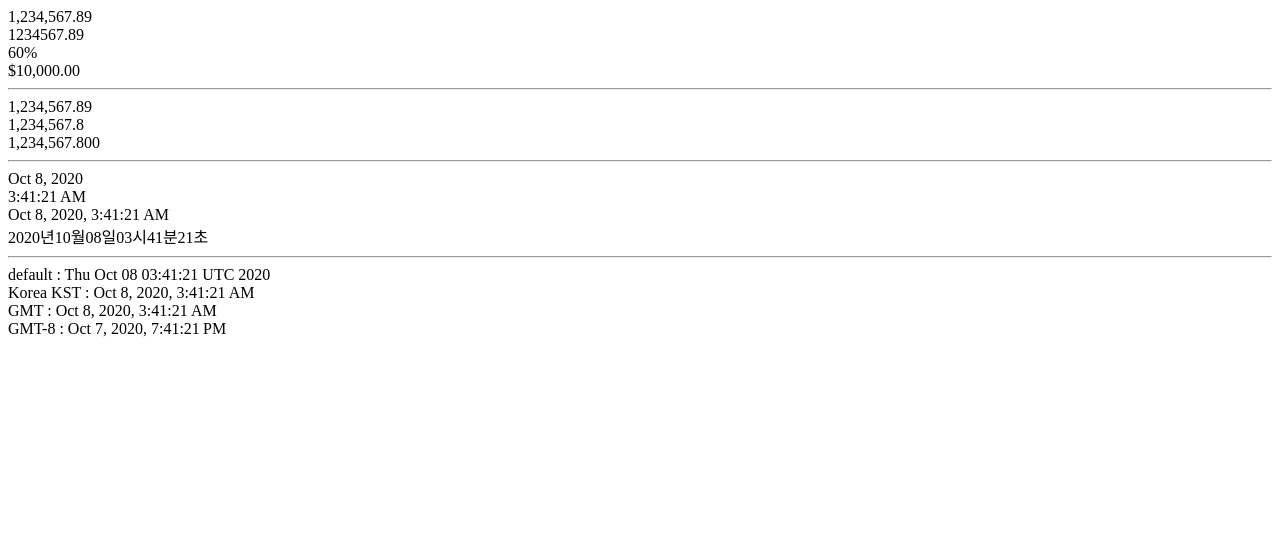
Repository: totesbk/JSP-
Page: http://localhost/web07/ex20_formatNumber.jsp
The author's editor kept a copy of each file at every save. The page is drawn from the files as they stood at one save, then again after the next save.
The browser window is 1280 px wide. The pictures show the whole page.
The page is served by Tomcat 9.

Above is the page before, as saved 2020-10-12 03:44:27.

After the next save:
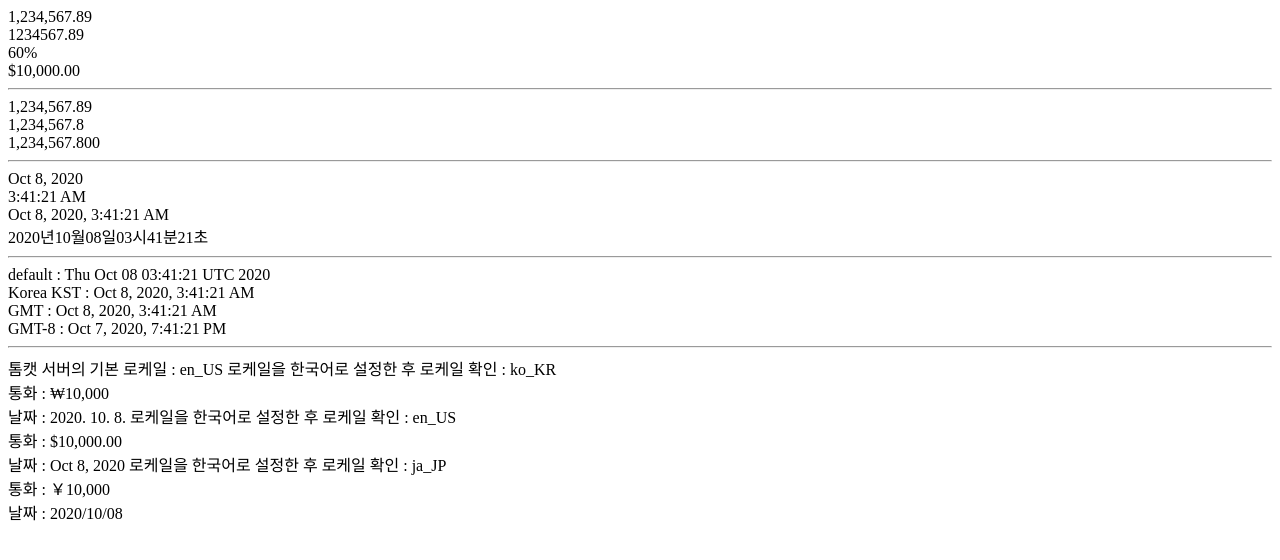
Saved 6 min 16 s later.
--- a/web07/WebContent/ex20_formatNumber.jsp
+++ b/web07/WebContent/ex20_formatNumber.jsp
@@ -36,5 +36,24 @@ GMT : <fmt:formatDate value="${now}" type="both"/><br>
 GMT-8 : <fmt:formatDate value="${now}" type="both"/><br>
 </fmt:timeZone>
 
+<hr>
+톰캣 서버의 기본 로케일 : <%=response.getLocale() %>
+<fmt:setLocale value="ko_kr"/>
+로케일을 한국어로 설정한 후 로케일 확인 : <%=response.getLocale() %><br>
+통화 : <fmt:formatNumber value="10000" type="currency"/><br>
+날짜 : <fmt:formatDate value="${now}"/>
+
+<fmt:setLocale value="en_US"/>
+로케일을 한국어로 설정한 후 로케일 확인 : <%=response.getLocale() %><br>
+통화 : <fmt:formatNumber value="10000" type="currency"/><br>
+날짜 : <fmt:formatDate value="${now}"/>
+
+<fmt:setLocale value="ja_JP"/>
+로케일을 한국어로 설정한 후 로케일 확인 : <%=response.getLocale() %><br>
+통화 : <fmt:formatNumber value="10000" type="currency"/><br>
+날짜 : <fmt:formatDate value="${now}"/>
+
+
+
 </body>
 </html>
